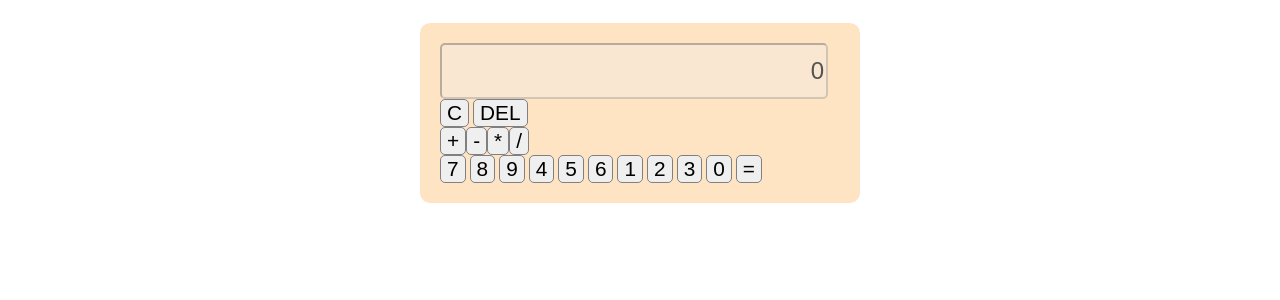
Repository: jaskeat/Calculator
Page: index.html
These files come from the project's save history. The page is drawn as it stood at one moment and after the next save; the edit follows.
The browser window is 1280 px wide. The pictures show the whole page.

Above is the page before, as saved 2024-09-05 09:14:43.

### index.html
<!DOCTYPE html>
<html lang="en">
	<head>
		<meta charset="UTF-8" />
		<meta name="viewport" content="width=device-width, initial-scale=1.0" />
		<title>Calculator</title>
		<link rel="stylesheet" href="style.css" />
	</head>
	<body>
		<div class="calculator">
			<div class="display">
				<input type="text" class="display-input" value="0" disabled />
			</div>
			<div class="buttons">
				<div class="extrabtn">
					<button class="btn" onclick="clearDisplay()">C</button>
					<button class="btn" onclick="deleteLast()">DEL</button>
				</div>

				<div class="operators">
					<button class="btn" onclick="append('+')">+</button>
					<button class="btn" onclick="append('-')">-</button>
					<button class="btn" onclick="append('*')">*</button>
					<button class="btn" onclick="append('/')">/</button>
				</div>

				<div class="numbers">
					<button class="btn" onclick="append('7')">7</button>
					<button class="btn" onclick="append('8')">8</button>
					<button class="btn" onclick="append('9')">9</button>
					<button class="btn" onclick="append('4')">4</button>
					<button class="btn" onclick="append('5')">5</button>
					<button class="btn" onclick="append('6')">6</button>
					<button class="btn" onclick="append('1')">1</button>
					<button class="btn" onclick="append('2')">2</button>
					<button class="btn" onclick="append('3')">3</button>
					<button class="btn" onclick="append('0')">0</button>
					<button class="btn" onclick="calculate()">=</button>
				</div>
			</div>
		</div>
		<script src="script.js"></script>
	</body>
</html>

### style.css
body {
	display: flex;
	justify-content: center;
	align-items: center;
}

.calculator {
	width: 400px;
	max-width: 600px;
	height: auto;
	margin: 15px;
	padding: 20px;
	background-color: bisque;
	border-radius: 10px;
}

button {
	border-radius: 5px;
	border: 1px grey solid;
	font-size: 1.3rem;
}

input {
	width: 380px;
	height: 50px;
	font-size: 1.5rem;
	text-align: right;
	border-radius: 5px;
}

.operators {
	display: flex;
	flex-direction: row;
}

Loaded but not shown: script.js (no copy from this time; the picture is the same without it)

After the next save:
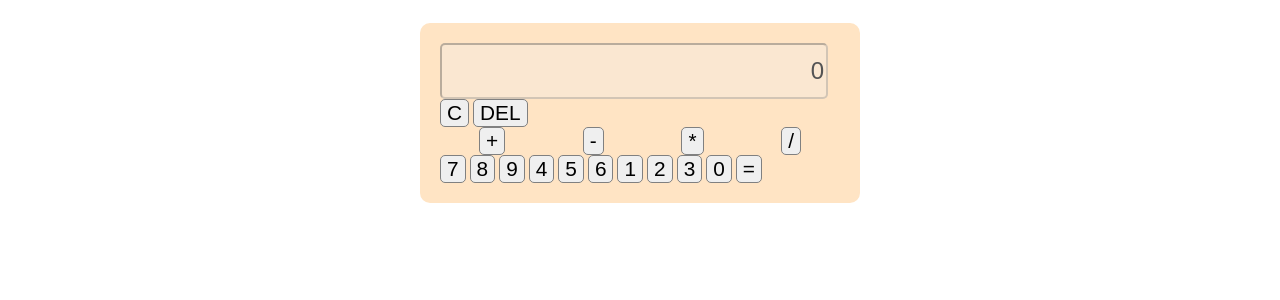
Saved 8 s later.
--- a/style.css
+++ b/style.css
@@ -31,4 +31,5 @@ input {
 .operators {
 	display: flex;
 	flex-direction: row;
+	justify-content: space-around;
 }
